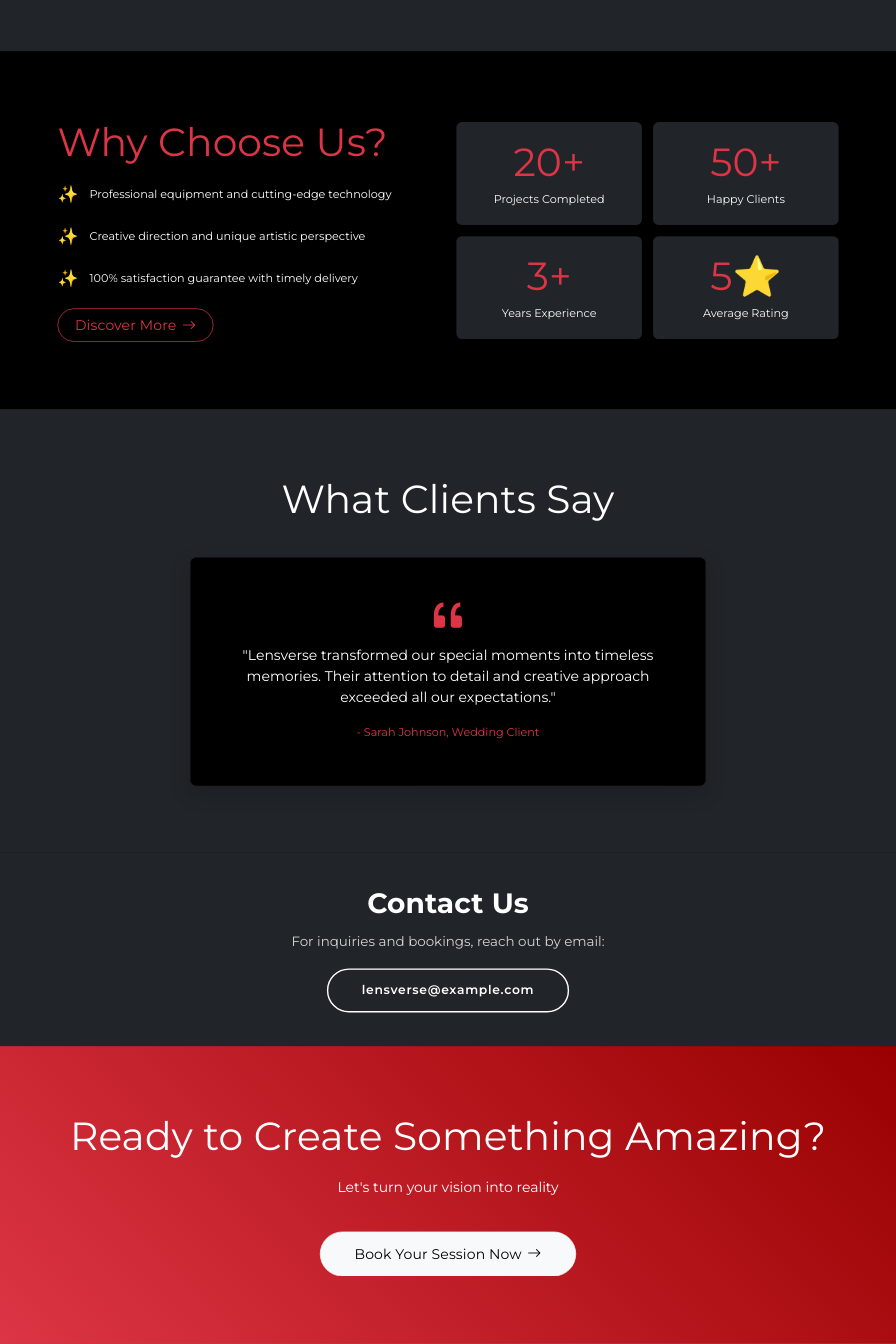
Repository: adithyakiran47/lensverseproject
Page: / (app in lensverse-client/)
These files come from the project's save history. The page is drawn as it stood at one moment and after the next save; the edit follows.
The browser window is 1280 px wide. The pictures show the part of the page from y = 1258 to 3178 px (the page is 3178 px tall), at 70% of full size.
The project was rebuilt for these pictures with package versions that can differ from the ones it lists, and the page was loaded fresh each time. Also part of the build but not shown: lensverse-client/src/pages/Portfolio.js, lensverse-client/src/utils/api.js, lensverse-client/src/pages/Booking.js, lensverse-client/src/pages/About.js, lensverse-client/src/pages/AdminLogin.js, lensverse-client/src/pages/AdminDashboard.js. Imported but missing from the stored project, and not drawn on this page: lensverse-client/src/reportWebVitals.

Above is the page before, as saved 2025-11-04 12:48:48.

After the next save:
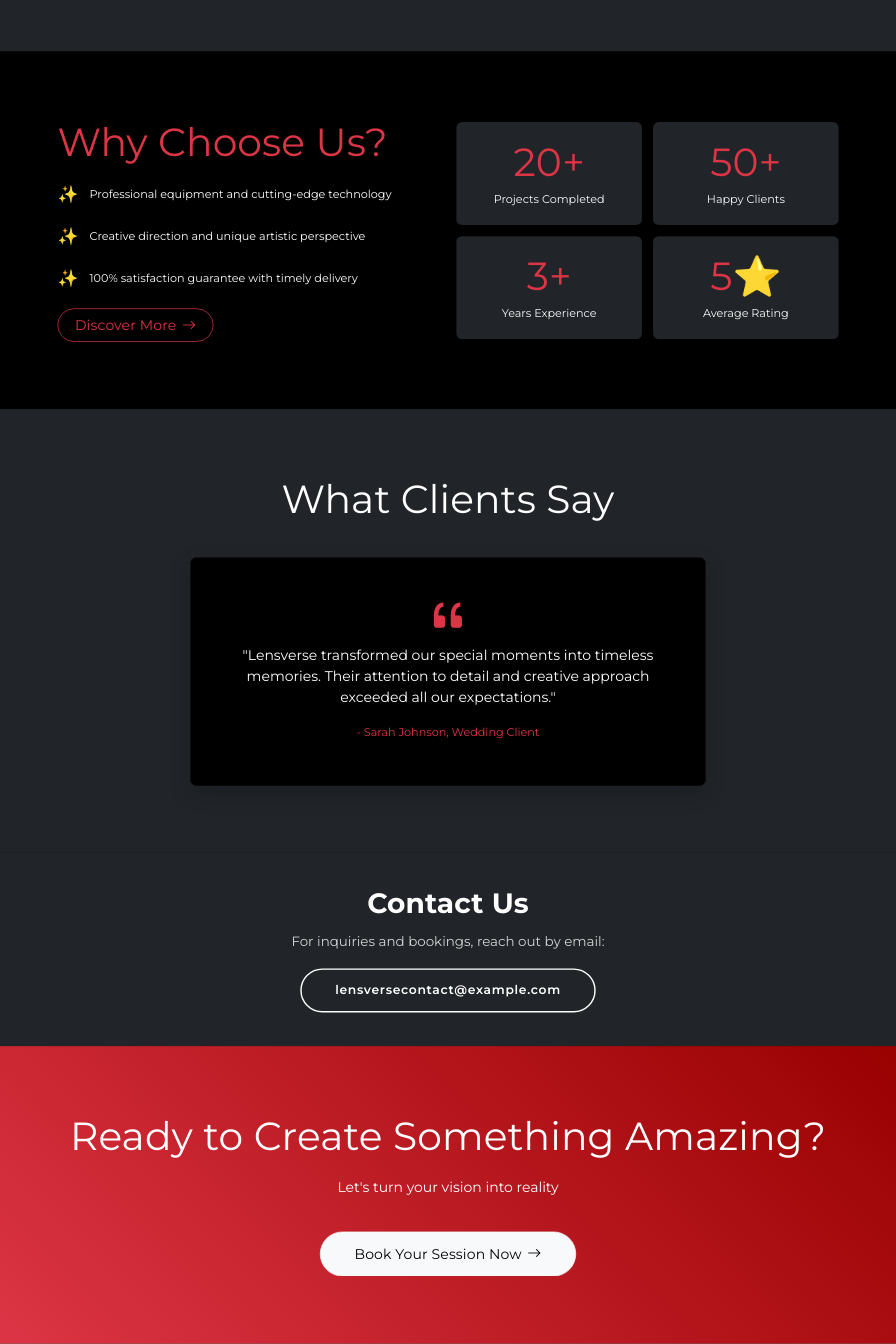
Saved 110 s later.
--- a/lensverse-client/src/pages/Home.js
+++ b/lensverse-client/src/pages/Home.js
@@ -144,7 +144,7 @@ const Home = () => {
       className="btn btn-outline-light btn-lg px-5 py-3 rounded-pill"
       style={{ textDecoration: "none" }}
     >
-      lensverse@example.com
+      lensversecontact@example.com
     </a>
   </div>
 </div>
